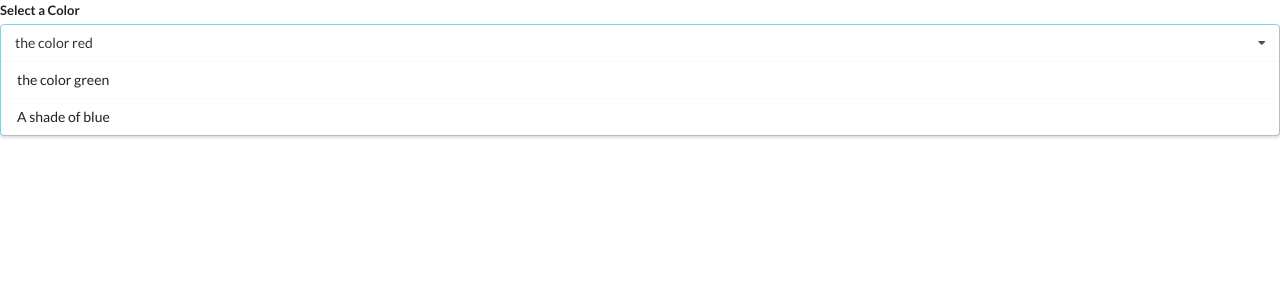
Repository: striver-69/Widjets-App
Page: /
These files come from the project's save history. The page is drawn as it stood at one moment and after the next save; the edit follows.
The browser window is 1280 px wide. The pictures show the whole page.
The project was rebuilt for these pictures with package versions that can differ from the ones it lists, and the page was loaded fresh each time. Also part of the build but not shown: src/components/Accordion.js, src/components/Search.js.

Above is the page before, as saved 2021-03-04 14:31:22.

After the next save:
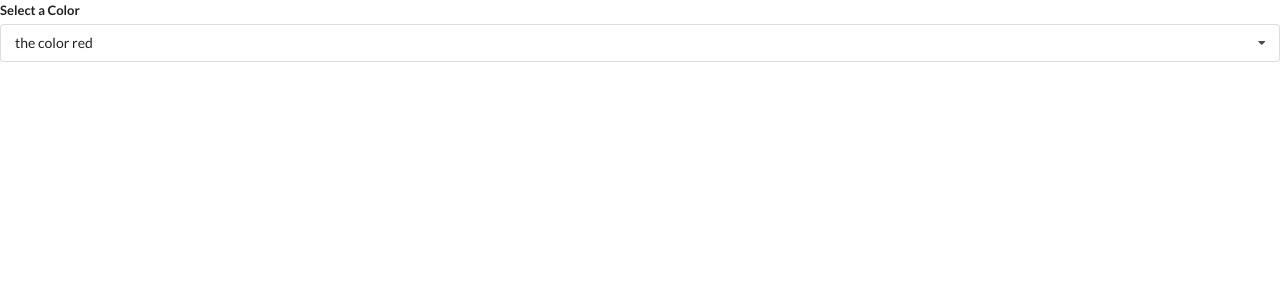
Saved 26 min 42 s later.
--- a/src/components/Dropdown.js
+++ b/src/components/Dropdown.js
@@ -1,6 +1,7 @@
-import React from 'react'
+import React, { useState } from 'react'
 
 export default function Dropdown({options,selected,onSelectedChange}) {
+  const [open,setOpen]=useState(false)
 
   const renderedOptions=options.map((option)=>{
 
@@ -19,10 +20,10 @@ export default function Dropdown({options,selected,onSelectedChange}) {
     <div className="ui form">
       <div className="field">
         <label className="label">Select a Color</label>
-        <div className="ui selection dropdown visible active">
+        <div onClick={()=>setOpen(!open)} className={`ui selection dropdown ${open?'visible active':''}`}>
           <i className="dropdown icon"></i>
           <div className="text">{selected.label}</div>
-          <div className="menu visible transition">
+          <div className={`menu ${open?`visible transition`:''}`}>
             {renderedOptions}
           </div>
         </div>
